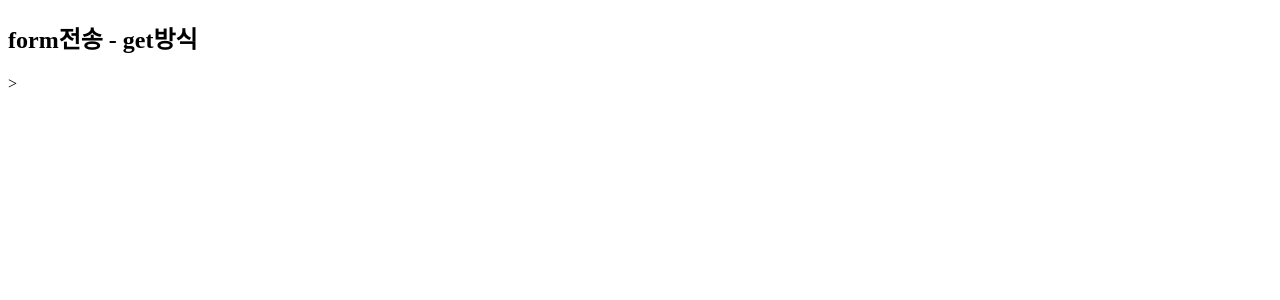
Repository: windy9109/FrontendClass
Page: webpro/src/main/webapp/0225/formDate.html
The author's editor kept a copy of each file at every save. The page is drawn from the files as they stood at one save, then again after the next save.
The browser window is 1280 px wide. The pictures show the whole page.

Above is the page before, as saved 2022-02-25 05:25:06.

After the next save:
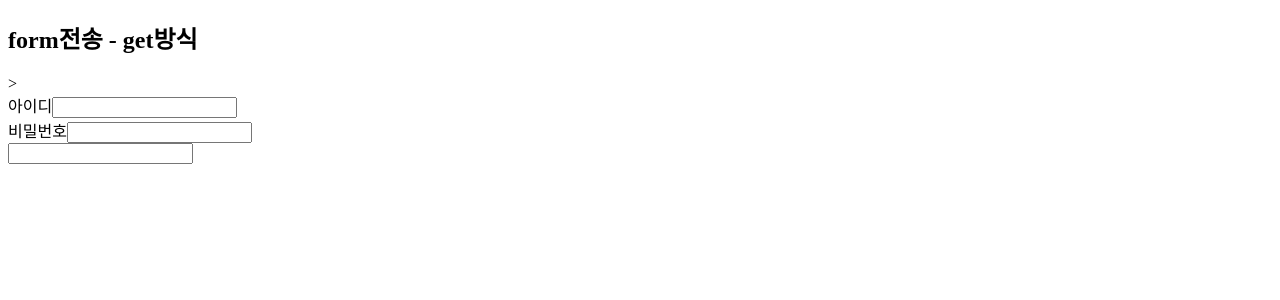
Saved 36 s later.
--- a/webpro/src/main/webapp/0225/formDate.html
+++ b/webpro/src/main/webapp/0225/formDate.html
@@ -8,9 +8,9 @@
 
 	<h2>form전송 - get방식</h2>>
 	<form action="form_get.jsp" method="get">
-		<intput type="text" name="id">
-		<intput type="passward" name="pass">
-		<intput type="subit">
+		아이디<input type="text" name="id"><br>
+		비밀번호<input type="passward" name="pass"><br>
+		<input type="subit">
 	</form>
 
 </body>
